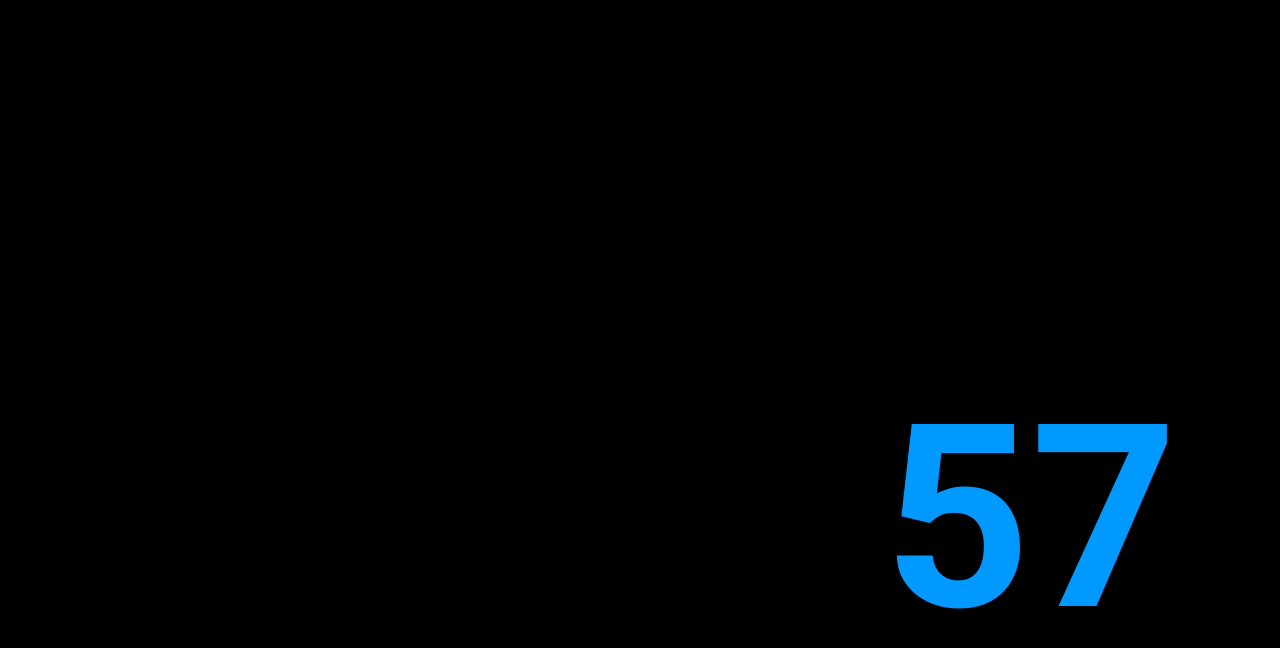
Repository: GG1627/3d-portfolio
Page: /
The author's editor kept a copy of each file at every save. The page is drawn from the files as they stood at one save, then again after the next save.
The browser window is 1280 px wide. The pictures show the whole page.
Some web fonts or font styles are not loaded; a fallback is used. The project was rebuilt for these pictures with package versions that can differ from the ones it lists, and the page was loaded fresh each time. Also part of the build but not shown: vite.config.ts.

Above is the page before, as saved 2025-01-05 19:05:19.

### index.html
<!DOCTYPE html>
<html lang="en">
  <head>
    <meta charset="UTF-8" />
    <link rel="icon" type="image/svg+xml" href="/vite.svg" />
    <link
      href="https://fonts.googleapis.com/css2?family=Audiowide&family=Tiny5&display=swap"
      rel="stylesheet"
    />
    <link
      href="https://fonts.googleapis.com/css2?family=Roboto:ital,wght@0,100;0,300;0,400;0,500;0,700;0,900;1,100;1,300;1,400;1,500;1,700;1,900&display=swap"
      rel="stylesheet"
    />
    <link
      href="https://fonts.googleapis.com/css2?family=Bitter:ital,wght@0,100..900;1,100..900&family=Roboto:ital,wght@0,100;0,300;0,400;0,500;0,700;0,900;1,100;1,300;1,400;1,500;1,700;1,900&display=swap"
      rel="stylesheet"
    />
    <meta name="viewport" content="width=device-width, initial-scale=1.0" />
    <title>Portfolio</title>
  </head>
  <body>
    <div id="root"></div>
    <script type="module" src="/src/main.tsx"></script>
  </body>
</html>

### src/main.tsx
import { StrictMode } from "react";
import { createRoot } from "react-dom/client";
import "./index.css";
import App from "./App.tsx";
import WelcomeScreen from "./WelcomeScreen.tsx";

createRoot(document.getElementById("root")!).render(
  <StrictMode>
    {/* <App /> */}
    <WelcomeScreen />
  </StrictMode>
);

### src/index.css
html,
body {
  margin: 0;
  padding: 0;
  height: 100vh;
  width: 100vw;
  overflow: hidden; /* Prevent scrollbars */
  background-color: rgb(20, 20, 20);
}

### src/WelcomeScreen.tsx
import { useEffect, useState } from "react";
import gsap from "gsap";
import "./WelcomeScreen.css";
import App from "./App";

function WelcomeScreen() {
  const [counter, setCounter] = useState(0);
  const [isCounterFinished, setIsCounterFinished] = useState(false);

  useEffect(() => {
    // Use setInterval to control the speed of counter updates
    const interval = setInterval(() => {
      if (counter < 100) {
        const increment = Math.floor(Math.random() * 8) + 1;
        setCounter((prevCounter) => {
          const newValue = prevCounter + increment;
          if (newValue >= 100) {
            setIsCounterFinished(true);
            return 100;
          }
          return newValue;
        });
      } else {
        clearInterval(interval); // Clear interval when counter reaches 100
      }
    }, Math.floor(Math.random() * 400) + 300); // Random interval between 300ms and 800ms

    return () => clearInterval(interval); // Clean up the interval when the component unmounts
  }, [counter]);

  useEffect(() => {
    if (isCounterFinished) {
      setTimeout(() => {
        startAnimations();
      }, 700);
    }
  }, [isCounterFinished]);

  // Animation function triggered after counter reaches 100
  function startAnimations() {
    gsap.to(".counter", {
      duration: 0.3,
      opacity: 0,
    });

    gsap.to(".bar1", {
      duration: 2.5,
      height: 0,
      stagger: { amount: 0.5 },
      ease: "power4.inOut",
    });

    gsap.to(".button", {
      duration: 4,
      y: "-55vh",
      stagger: { amount: 0.5 },
      ease: "power4.inOut",
    });
  }

  function handleButtonClick() {
    gsap.to(".bar2", {
      duration: 1.75,
      opacity: 0,
    });
    gsap.to(".button", {
      duration: 1.75,
      opacity: 0,
      onComplete: () => {
        // Disable the button after it fades out
        const buttonElement = document.querySelector(".button");
        if (buttonElement) {
          // Cast to HTMLElement to access the 'style' property
          (buttonElement as HTMLElement).style.pointerEvents = "none"; // Make button unclickable
          (buttonElement as HTMLElement).style.visibility = "hidden"; // Hide the button completely
        }
      },
    });
  }

  return (
    <div className="screen">
      <h1 className="counter">{counter}</h1>
      <div className="overlay1">
        {[...Array(10)].map((_, i) => (
          <div className="bar1" key={i}></div>
        ))}
      </div>
      <div className="overlay2">
        {[...Array(10)].map((_, i) => (
          <div className="bar2" key={i}></div>
        ))}
      </div>
      <button onClick={handleButtonClick} className="button">
        <span></span>
        <span></span>
        <span></span>
        <span></span>
        <span>START</span>
      </button>
    </div>
  );
}

export default WelcomeScreen;

### src/WelcomeScreen.css
* {
  margin: 0;
  padding: 0;
  box-sizing: border-box;
}

.screen {
  width: 100vw;
  height: 100vh;
  overflow: hidden;
  /* background-color: rgb(0, 153, 255); */
}

.overlay1 {
  position: fixed;
  width: 100vw;
  height: 100vh;
  z-index: 2;
  display: flex;
  pointer-events: none;
}

.bar1 {
  width: 10vw;
  height: 100vh;
  background-color: black;
  pointer-events: none;
}

.overlay2 {
  position: fixed;
  width: 100vw;
  height: 100vh;
  z-index: 2;
  display: flex;
  pointer-events: none;
  z-index: 1;
}

.bar2 {
  width: 10vw;
  height: 100vh;
  background-color: rgb(0, 153, 255);
  pointer-events: none;
  z-index: 1;
}

.counter {
  position: fixed;
  width: 100%;
  height: 100%;
  display: flex;
  justify-content: flex-end;
  align-items: flex-end;
  z-index: 1000000;
  color: rgb(0, 153, 255);
  padding: 0.2em 0.4em;
  font-size: 20vw;
  pointer-events: none;
  font-family: "Roboto", serif;
  font-weight: 600;
  font-style: normal;
}

/* From Uiverse.io by adamgiebl */
button {
  z-index: 2;
  left: 70vh;
  top: 100%;
  /* transform: rotate(15deg); */
  /* transform: skew(25deg); */
  transform-style: preserve-3d;
  position: relative;
  list-style: none;
  width: 300px;
  height: 90px;
  border: none;
  background: transparent;
  font-family: inherit;
  cursor: pointer;
}

button:before {
  content: "";
  position: absolute;
  bottom: -10px;
  left: -5px;
  width: 100%;
  height: 10px;
  background: #2a2a2a;
  transform: skewX(-41deg);
}

button:after {
  content: "";
  position: absolute;
  top: 5px;
  left: -9px;
  width: 9px;
  height: 100%;
  background: #2a2a2a;
  transform: skewY(-49deg);
}

button span {
  position: absolute;
  top: 0;
  left: 0;
  width: 100%;
  height: 100%;
  background: #2a2a2a;
  color: #fff;
  font-size: 90px;
  transition: 1.1s ease-out;
  font-family: "Tiny5", serif;
  font-weight: 400;
  font-style: normal;
}

button:hover span {
  z-index: 1000;
  transition: 0.3s;
  color: #fff;
}

button:hover span:nth-child(5) {
  transform: translate(40px, -40px);
  opacity: 1;
}

button:hover span:nth-child(4) {
  transform: translate(30px, -30px);
  opacity: 0.8;
}

button:hover span:nth-child(3) {
  transform: translate(20px, -20px);
  opacity: 0.6;
}

button:hover span:nth-child(2) {
  transform: translate(10px, -10px);
  opacity: 0.4;
}

button:hover span:nth-child(1) {
  transform: translate(0px, 0px);
  opacity: 0.2;
}

button:active span:nth-child(5) {
  transform: translate(20px, -20px);
  opacity: 1;
}

button:active span:nth-child(4) {
  transform: translate(15px, -15px);
}

button:active span:nth-child(3) {
  transform: translate(10px, -10px);
}

button:active span:nth-child(2) {
  transform: translate(5px, -5px);
}

button:active span:nth-child(1) {
  transform: translate(0px, 0px);
}

button:nth-child(1):hover span {
  background: #52e19f;
}

After the next save:
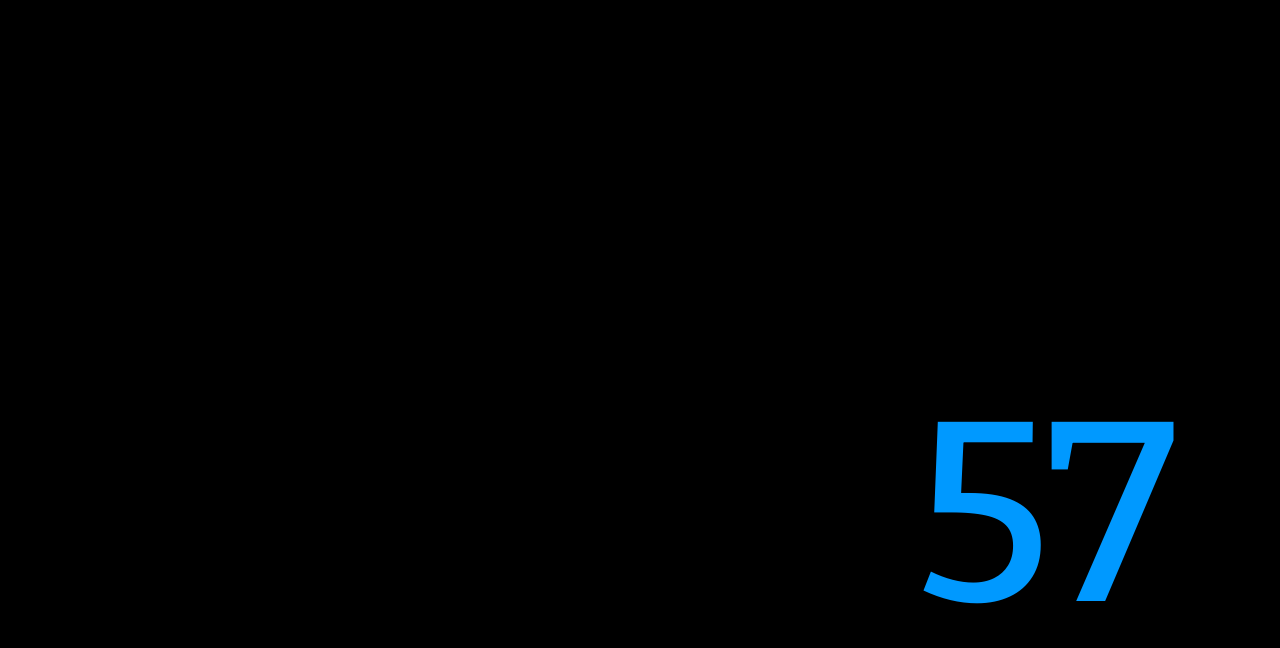
Saved 43 s later.
--- a/src/WelcomeScreen.css
+++ b/src/WelcomeScreen.css
@@ -57,8 +57,9 @@
   padding: 0.2em 0.4em;
   font-size: 20vw;
   pointer-events: none;
-  font-family: "Roboto", serif;
-  font-weight: 600;
+  font-family: "Bitter", serif;
+  font-optical-sizing: auto;
+  font-weight: 500;
   font-style: normal;
 }
 

After the save that followed:
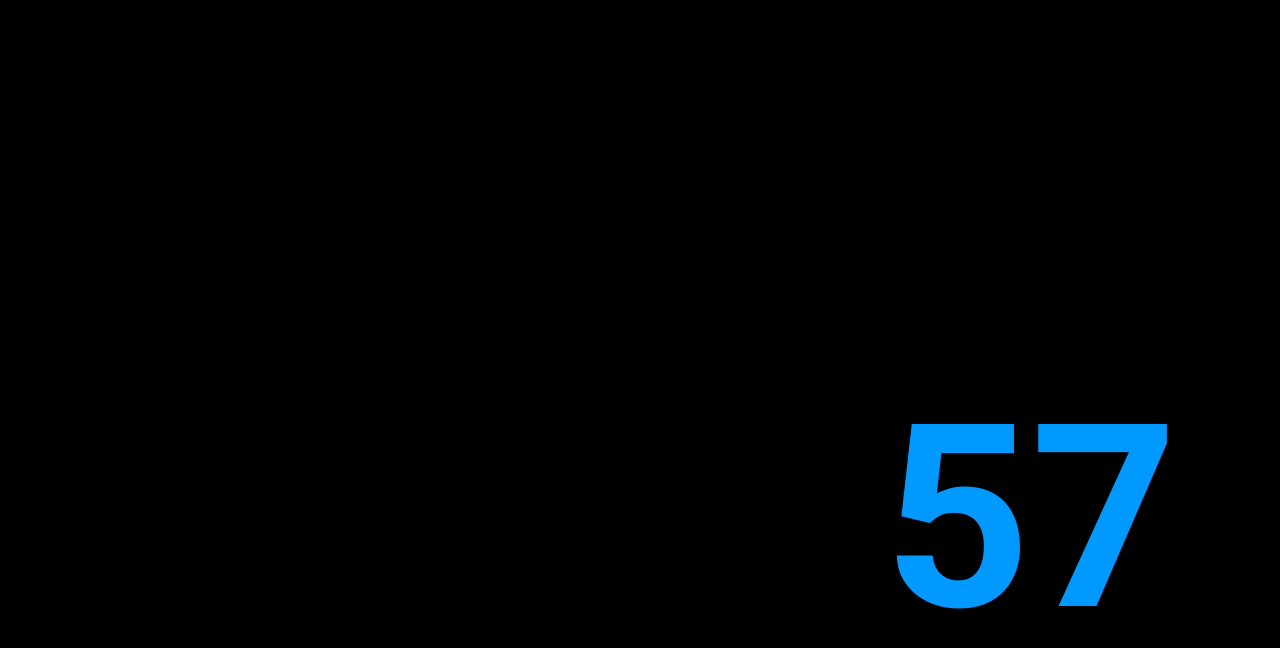
Saved 13 s later.
--- a/src/WelcomeScreen.css
+++ b/src/WelcomeScreen.css
@@ -57,9 +57,8 @@
   padding: 0.2em 0.4em;
   font-size: 20vw;
   pointer-events: none;
-  font-family: "Bitter", serif;
-  font-optical-sizing: auto;
-  font-weight: 500;
+  font-family: "Roboto", serif;
+  font-weight: 600;
   font-style: normal;
 }
 
